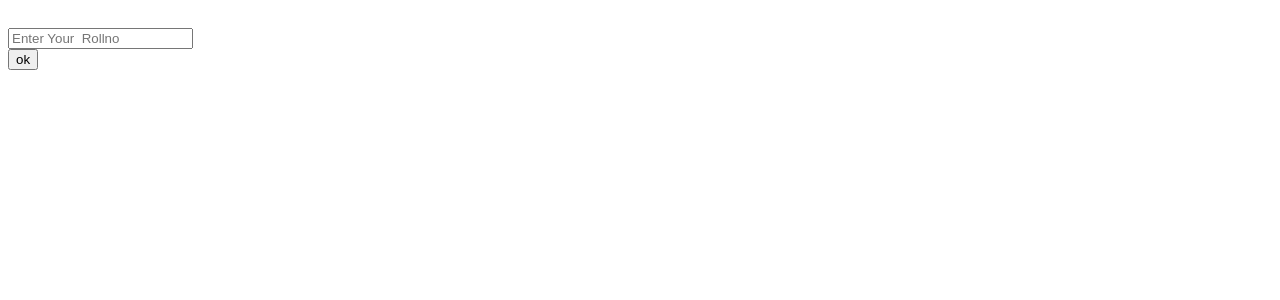
Repository: yogesh8rajput/web_hibernate
Page: http://localhost/web_hiberr/Update.jsp
An editor plug-in stored every save of this project. The page is shown before and after the next save, followed by the edit.
The browser window is 1280 px wide. The pictures show the whole page.
The page is served by Tomcat 10.

Above is the page before, as saved 2024-11-12 10:22:20.

After the next save:
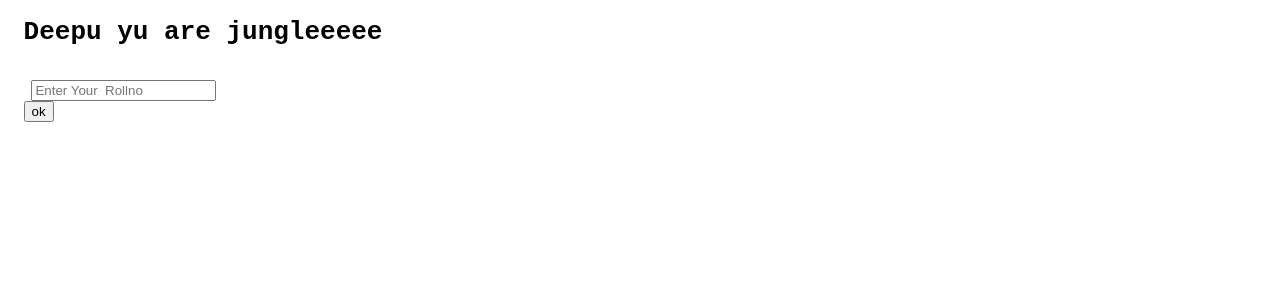
Saved 32 s later.
--- a/web_hiberr/src/main/webapp/Update.jsp
+++ b/web_hiberr/src/main/webapp/Update.jsp
@@ -9,9 +9,9 @@
 <body>
 <form>
 <pre>
-
-<input type="text" name="id" placeholder="Enter Your  Rollno">
-<input type="submit" value="ok">
+<h1> Deepu yu are jungleeeee</h1>
+   <input type="text" name="id" placeholder="Enter Your  Rollno">
+  <input type="submit" value="ok">
 
 
 </pre>
